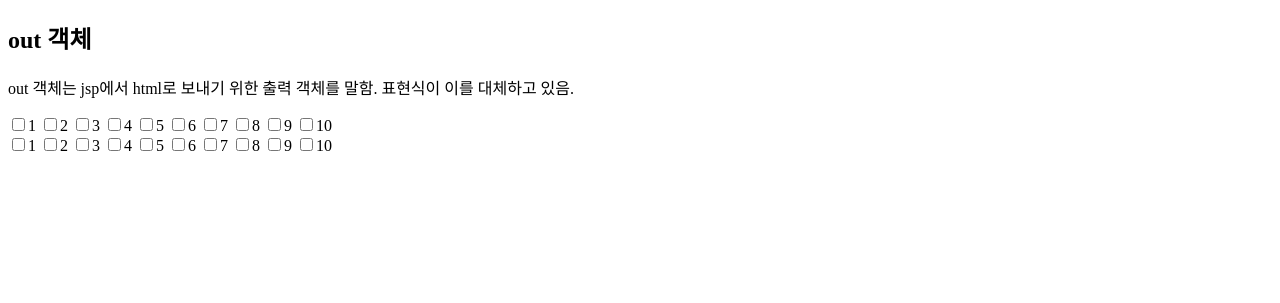
Repository: bbseok97/HTML
Page: http://localhost/jspbasic/outExample.jsp
An editor plug-in stored every save of this project. The page is shown before and after the next save, followed by the edit.
The browser window is 1280 px wide. The pictures show the whole page.
The page is served by Tomcat 9.

Above is the page before, as saved 2024-04-08 03:15:43.

After the next save:
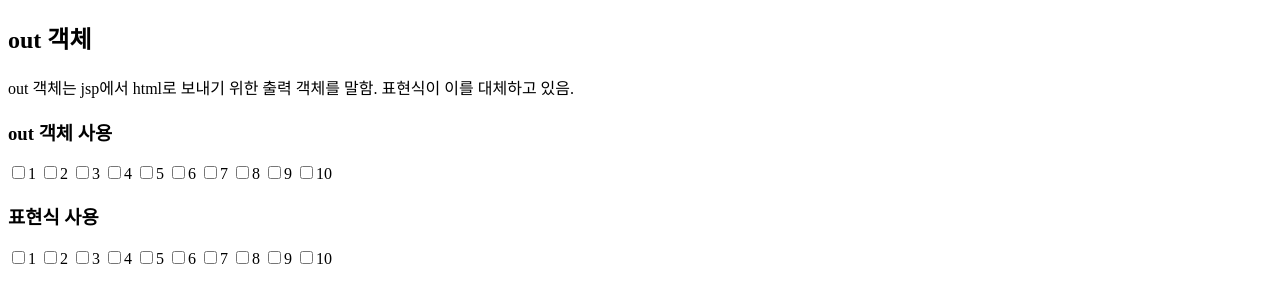
Saved 27 s later.
--- a/jspbasic/src/main/webapp/outExample.jsp
+++ b/jspbasic/src/main/webapp/outExample.jsp
@@ -13,12 +13,14 @@
 		표현식이 이를 대체하고 있음.
 		</p>
 
+		<h3>out 객체 사용</h3>
 		<%
 		for(int i=1; i <= 10; i++){
 			out.println("<input type='checkbox' name='check'>" + i);
 		}
 		%>
 		<br>
+		<h3>표현식 사용</h3>
 		<%
 		for(int i=1; i <= 10; i++){ %>
 			<input type="checkbox" name="check"><%=i %>
